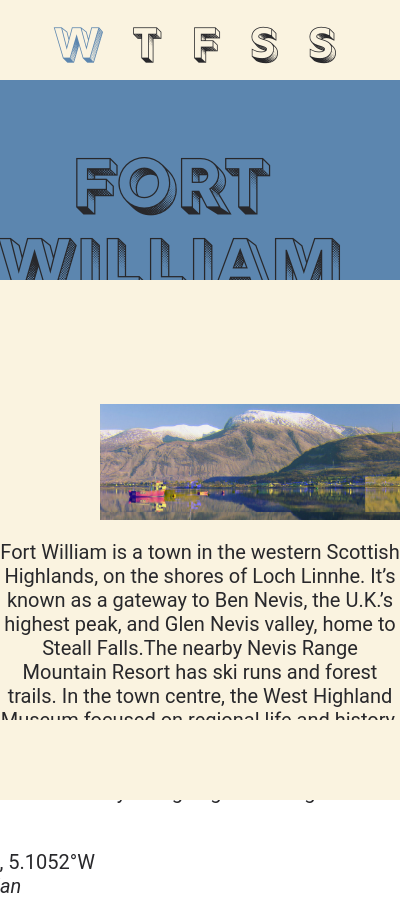
Repository: etak-yram/FINAL-CFG-WEB-DEV
Page: wednesday.html
These files come from the project's save history. The page is drawn as it stood at one moment and after the next save; the edit follows.
The browser window is 375 px wide. The page is 400 px wide, so the pictures cover 400 px, including what lies to the right of the window. The pictures show the whole page.

Above is the page before, as saved 2022-07-27 13:37:49.

### wednesday.html
<!DOCTYPE html>
<html lang="en">

<style>
    #menu-item-wed {
    color: #5c86af;
}

    #aside-color-w {
    background-color: #5c86af;
}

    #aside-text-wed {
        font-size: 6em;
    }

    #aside-text-wed {
        font-size: 6em;
    }
</style>

<head>
    <meta charset="UTF-8">
    <meta http-equiv="X-UA-Compatible" content="IE=edge">
    <meta name="viewport" content="width=device-width, initial-scale=1.0">
    <link rel="stylesheet" type="text/css" href="style-main.css"/>

    <title>WED</title>
</head>
<body>
        <aside id="aside-color-w">
            <div class="aside-text-h" id="aside-text-wed">
                <h1>Fort<br>William</h1>
            </div>
        </aside>

        <subtext>
            <p class="sub-text">56.8198° N, 5.1052°W<br><em>An Gearasdan</em></p>
        </subtext>

        <header>
            <ul class="navbar">
                <li><a href="/wednesday.html" id="menu-item-wed" class="menu-item">Wed</a></li>
                <li><a href="/thursday.html" id="menu-item-thu" class="menu-item">Thu</a></li>
                <li><a href="/friday.html" id="menu-item-fri" class="menu-item">Fri</a></li>
                <li><a href="/saturday.html" id="menu-item-sat" class="menu-item">Sat</a></li>
                <li><a href="/sunday.html" id="menu-item-sun" class="menu-item">Sun</a></li>
            </ul>
        </header>



        <mobile-header>
            <ul class="mobile-navbar">
                <li><a href="/wednesday.html" id="menu-item-wed" class="menu-item">W</a></li>
                <li><a href="/thursday.html" id="menu-item-thu" class="menu-item">T</a></li>
                <li><a href="/friday.html" id="menu-item-fri" class="menu-item">F</a></li>
                <li><a href="/saturday.html" id="menu-item-sat" class="menu-item">S</a></li>
                <li><a href="/sunday.html" id="menu-item-sun" class="menu-item">S</a></li>
            </ul>
        </mobile-header>



        <main-img>
            <div>
                <img class="home-image" src="/images/Fort William.png">
            </div>
        </main-img>

        <main><p>Fort William is a town in the western Scottish Highlands, on the shores of Loch Linnhe. It’s known as a gateway to Ben Nevis, the U.K.’s highest peak, and Glen Nevis valley, home to Steall Falls.The nearby Nevis Range Mountain Resort has ski runs and forest trails. In the town centre, the West Highland Museum focused on regional life and history.<br><br>
        We will travel through the stunning Glencoe on the way - It's going to be magical ♡</p></main>

        <footer></footer>

        <rightside></rightside>

</html>

### style-main.css
@font-face {
  font-family: halftone;
  src: url("/fonts/MyFontsWebfontsKit/webFonts/RigBoldHalftone/font.woff");
}
@import url('https://fonts.googleapis.com/css2?family=Roboto:wght@100&display=swap');
/* font-family: 'Roboto', sans-serif; */

body, html {
  height: 100vh;
}


body {
  margin: 0;
  display: grid;
  grid-template-columns: 21% 15% 20% 30% 21% ;
  grid-template-rows: 10% auto auto 10%;
  grid-template-areas:
    "sidebar subtext header header aside"
    "sidebar subtext main-img main-img aside"
    "sidebar subtext main main aside"
    "sidebar footer footer footer aside";
}


/* right sidebar */

rightside {
  grid-area: aside;
  background-color:#faf3e0;
}

/* sidebar */
aside {
  grid-area: sidebar;
}

.aside-text-h {
  transform: rotate(-90deg);
  transform-origin:bottom right;
  padding-top: 100px;
}

.aside-text-h h1 {
  font-family: halftone;
  color: #28282B;
  line-height: 130px;
}

/* subtext */

subtext {
  grid-area: subtext;
  background-color:#faf3e0;
}

.sub-text {
  font-family: 'Roboto', sans-serif;
  color:#28282B;
  font-size: 25px;
  transform: rotate(-90deg);
  transform-origin:bottom;
  padding-top: 550px;
  margin-left: -100px;
}


/* navbar */



header {
  grid-area: header;
  background-color:#faf3e0;
}


.navbar {
  display: flex;
  list-style: none;
  justify-content: center;
  justify-items: center;

}

.navbar a {
  font-family: halftone;
  text-decoration: none;
  color: #28282B;
  font-size: 4rem;
  padding: 20px;
}

#menu-item-wed:hover {
	color: #5c86af;
}
#menu-item-thu:hover {
	color: #ff914d;
}
#menu-item-fri:hover {
	color: #ffde59;
}
#menu-item-sat:hover {
	color: #03989e;
}
#menu-item-sun:hover {
	color: #b071c2;
}

/* main image  */

main-img {
  grid-area: main-img;
  background-color:#faf3e0;
  display: flex;
  align-items: center;
  padding-left: 100px;
  padding-top: 100px;
}

.home-image {
  width: 800px;
}


/* paragraph of info */
main {
  grid-area: main;
  background-color: #faf3e0;
  text-align: center;
}

main p {
  font-family: 'Roboto', sans-serif;
  color:#28282B;
  font-size: 20px;
}


/* footer */
footer {
  grid-area: footer;
  background-color:#faf3e0;
}





























/* Media Queries */

/* Extra small devices (phones, 600px and down) */
@media only screen and (max-width: 600px) {

  body {
    margin: 0;
    display: grid;
    grid-template-columns: 1fr;
    grid-template-rows: 10% 25% 10% 20% 25% 10%;
    grid-template-areas:
      "header"
      "sidebar"
      "subtext"
      "main-img"
      "main"
      "footer";
  }

  header {
    display: none;
    padding: none;
  }

  mobile-header {
    grid-area: header;
    background-color:#faf3e0;
  }


  .mobile-navbar {
    display: flex;
    list-style: none;

  }

  .mobile-navbar a {
    font-family: halftone;
    text-decoration: none;
    color: #28282B;
    font-size: 3rem;
    padding: 15px;

  }


/* sidebar */
aside {
  grid-area: sidebar;
  display: flex;
  align-self: center;
  align-content: center;
  text-align: center;
}


.aside-text-h h1 {
  font-family: halftone;
  color: #28282B;
  font-size: .8em;
  line-height: 80px;
}


.aside-text-h {
  transform: none;
  transform-origin: none;
}


/* subtext */

subtext {
  grid-area: subtext;
  background-color:#faf3e0;
}

.sub-text {
  font-family: 'Roboto', sans-serif;
  color:#28282B;
  font-size: 20px;
  transform: none;
}





/* main image  */

main-img {
  grid-area: main-img;
  background-color:#faf3e0;
  display: flex;
  align-items: center;
}

.home-image {
  width: 80vw;
}


/* paragraph of info */
main {
  grid-area: main;
  background-color: #faf3e0;
  text-align: center;
}

main p {
  font-family: 'Roboto', sans-serif;
  color:#28282B;
  font-size: 20px;
}


/* footer */
footer {
  grid-area: footer;
  background-color:#faf3e0;
}


  }

/* Small devices (portrait tablets and large phones, 600px and up) */
@media only screen and (min-width: 600px) {}
/* Medium devices (landscape tablets, 768px and up) */
@media only screen and (min-width: 768px) {}

/* Large devices (laptops/desktops, 992px and up) */
@media only screen and (min-width: 992px) {
  mobile-header {
    display: none;
  }
}

/* Extra large devices (large laptops and desktops, 1200px and up) */
@media only screen and (min-width: 1200px) {
  mobile-header {
    display: none;
  }
}

After the next save:
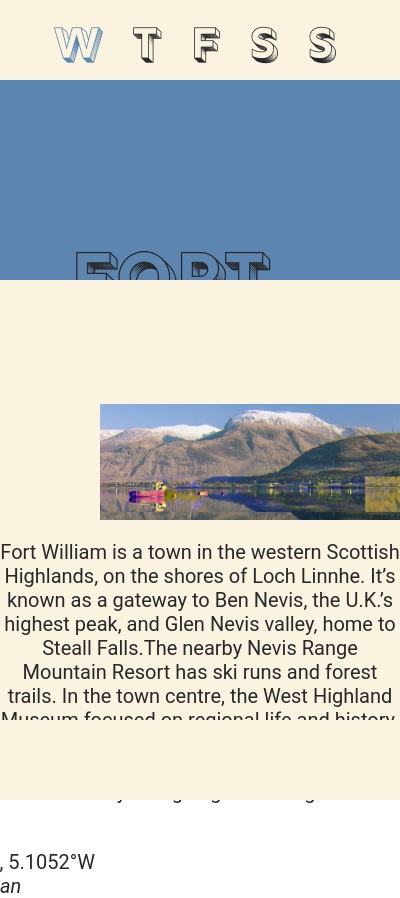
Saved 7 s later.
--- a/style-main.css
+++ b/style-main.css
@@ -221,8 +221,7 @@
 aside {
   grid-area: sidebar;
   display: flex;
-  align-self: center;
-  align-content: center;
+
   text-align: center;
 }
 
